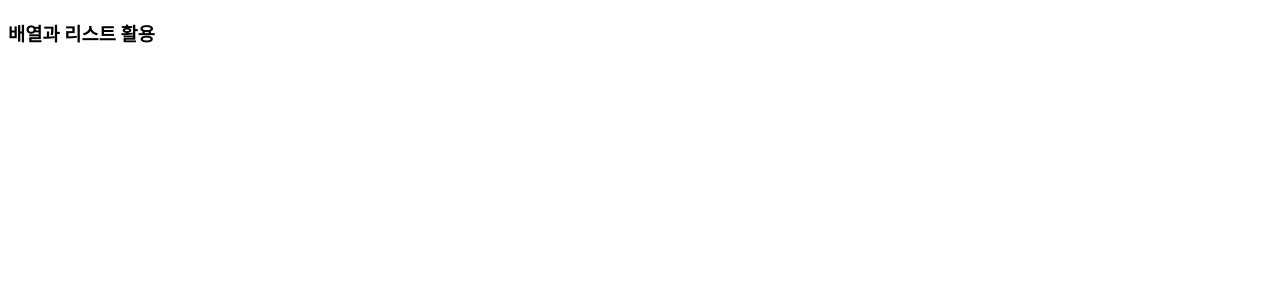
Repository: KyoungHwanJeong/jspworks
Page: http://localhost/jwbook/ch01/scriptlet2.jsp
The author's editor kept a copy of each file at every save. The page is drawn from the files as they stood at one save, then again after a run of saves.
The browser window is 1280 px wide. The pictures show the whole page.
The page is served by Tomcat 9. Other server files are loaded and not shown.

Above is the page before, as saved 2023-11-20 02:37:17.

### jwbook/src/main/webapp/ch01/scriptlet2.jsp
<%@ page language="java" contentType="text/html; charset=UTF-8"
    pageEncoding="UTF-8"%>
<!DOCTYPE html>
<html>
<head>
<meta charset="UTF-8">
<title>배열과 리스트 활용</title>
</head>
<body>
	<h3>배열과 리스트 활용</h3>
	<%
		//배열
		int[] arr = new int[]{10, 20, 30};

	%>
</body>
</html>

After the next 2 saves:
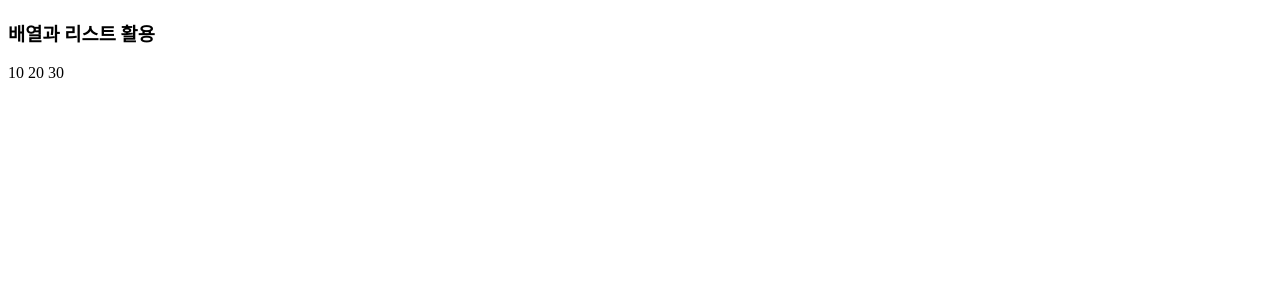
The 2 saves are shown as one change because 1 did not build or start.
The last was saved 86 s later.
--- a/jwbook/src/main/webapp/ch01/scriptlet2.jsp
+++ b/jwbook/src/main/webapp/ch01/scriptlet2.jsp
@@ -11,7 +11,9 @@
 	<%
 		//배열
 		int[] arr = new int[]{10, 20, 30};
-
+		for(int i = 0; i< arr.length; i++){
+			out.println(arr[i]);
+		}
 	%>
 </body>
 </html>
